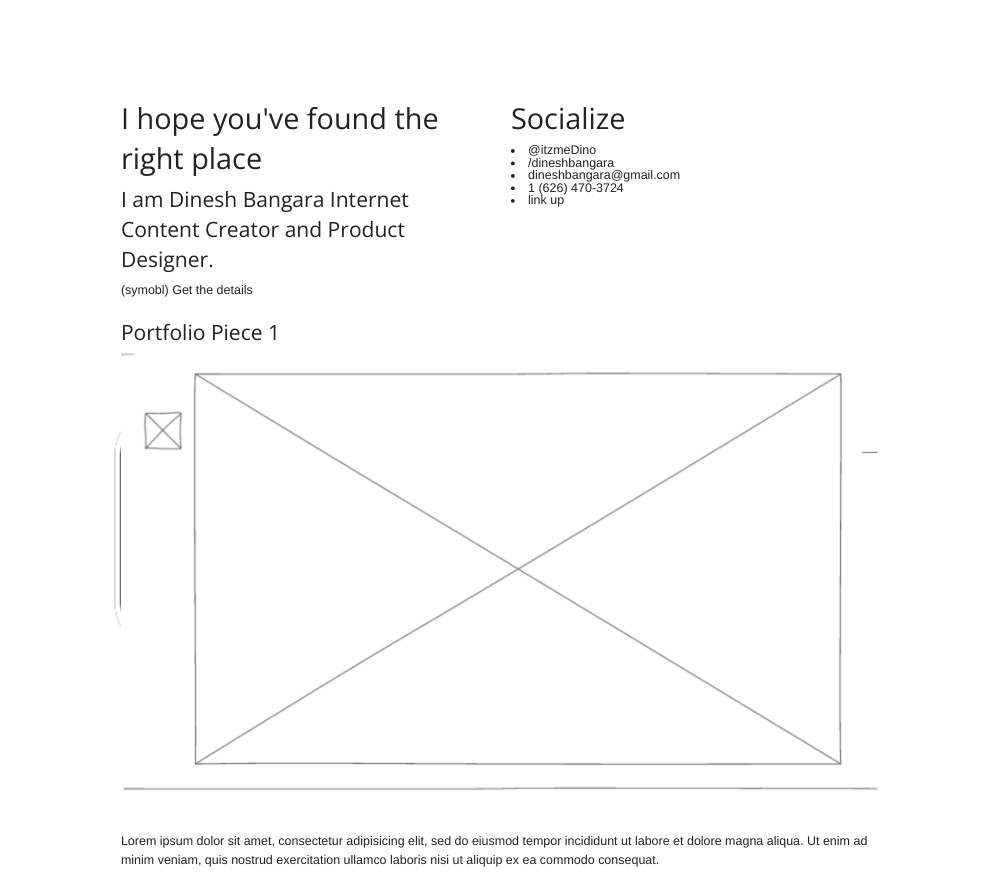
Repository: dineshb/HTML5_Portfolio
Page: Basic/index.html
The author's editor kept a copy of each file at every save. The page is drawn from the files as they stood at one save, then again after the next save.
The browser window is 1280 px wide. The pictures show the whole page, at 78% of full size.

Above is the page before, as saved 2013-11-22 05:02:43.
Console error (its wording comes from the project's code and is left out).

### Basic/index.html
<!DOCTYPE html>
<!--[if IE 8]> 				 <html class="no-js lt-ie9" lang="en" > <![endif]-->
<!--[if gt IE 8]><!--> <html class="no-js" lang="en" > <!--<![endif]-->
<link rel="shortcut icon" href="favicon.ico" type="image/x-icon" />
<head>
	<meta charset="utf-8">
  <meta name="viewport" content="width=device-width">
  <title>Dinesh Bangara - Content Producer and Designer</title>
  <link rel="stylesheet" href="css/foundation.css">
  <link rel="stylesheet" href="css/foundation.min.css">
  <link rel="stylesheet" href="css/main.css">
  <link rel="stylesheet" href="css/normalize.css">
  <script src="js/vendor/custom.modernizr.js"></script>
  <script src="/js/vendor/jquery.js"></script>
<script src="/js/foundation/foundation.min.js"></script>
<script>
  $(document).foundation();
</script>
</head>
<body>
<nav style="visibility: hidden;">
	<ul>
	<li>
		<a href="#about" id "about_icon" class>
		<span class="icon-about"></span></a>
	</li>
	<li><a href="#top" id "top_icon" class>
		<span class="icon-top"></span></a>
	</li>
	<li><a href="#up" id "up_icon" class>
		<span class="icon-up"></span></a>
	</li>
	<li><a href="#down" id "down_icon" class>
		<span class="icon-down"></span></a>
	</li>
	</ul>
</nav>
<div class="About Dropdown">
	<div class="row">
<div class="close-reveal-modal">
			<strong class="show-for-medium-up">
			<img class="logo" src="img/About192.png"/>
			</strong>
			<strong class="show-for-small-only">
			<img class="logo" src="img/About96.png"/>
			</strong>
			</div>

			<div class="large-6 columns">
			<h2>I hope you've found the right place</h2>
			<h3>I am Dinesh Bangara Internet Content Creator and Product Designer.</h3>
			<p>(symobl) Get the details</p>
		</div>
		<div class="large-6 columns">
			<h2>Socialize</h2>
			<li>@itzmeDino</li>
			<li>/dineshbangara</li>
			<li>dineshbangara@gmail.com</li>
			<li>1  (626) 470-3724</li>
			<li> link up</li>
			</div>
	</div>
</div>




	<div class="row">
		<div class="large-12 columns">
			<h3>Portfolio Piece 1</h3>
		</div>
	</div>
	<div class="row">
		<div class="large-12 columns">
			<img src="img/peace.png" title="Portfolio 1 Test">
			<p> Lorem ipsum dolor sit amet, consectetur adipisicing elit, sed do eiusmod tempor incididunt ut labore et dolore magna aliqua. Ut enim ad minim veniam, quis nostrud exercitation ullamco laboris nisi ut aliquip ex ea commodo consequat. </p>
		</div>
	</div>





  <script>
  document.write('<script src=' +
  ('__proto__' in {} ? 'js/vendor/zepto' : 'js/vendor/jquery') +
  '.js><\/script>')
  </script>

  <script src="js/foundation.min.js"></script>
  <!--

  <script src="js/foundation/foundation.js"></script>

  <script src="js/foundation/foundation.alerts.js"></script>

  <script src="js/foundation/foundation.clearing.js"></script>

  <script src="js/foundation/foundation.cookie.js"></script>

  <script src="js/foundation/foundation.dropdown.js"></script>

  <script src="js/foundation/foundation.forms.js"></script>

  <script src="js/foundation/foundation.joyride.js"></script>

  <script src="js/foundation/foundation.magellan.js"></script>

  <script src="js/foundation/foundation.orbit.js"></script>

  <script src="js/foundation/foundation.reveal.js"></script>

  <script src="js/foundation/foundation.section.js"></script>

  <script src="js/foundation/foundation.tooltips.js"></script>

  <script src="js/foundation/foundation.topbar.js"></script>

  <script src="js/foundation/foundation.interchange.js"></script>

  <script src="js/foundation/foundation.placeholder.js"></script>

  <script src="js/foundation/foundation.abide.js"></script>

  -->
  <script>
    $(document).foundation();
  </script>
</body>
</html>

### Basic/css/main.css
/*! HTML5 Boilerplate v4.3.0 | MIT License | http://h5bp.com/ */

/*
 * What follows is the result of much research on cross-browser styling.
 * Credit left inline and big thanks to Nicolas Gallagher, Jonathan Neal,
 * Kroc Camen, and the H5BP dev community and team.
 */

/* ==========================================================================
   Base styles: opinionated defaults
   ========================================================================== */

html,
button,
input,
select,
textarea {
    color: #222;
}

html {
    font-size: 1em;
    line-height: 1.4;
}

/*
 * Remove text-shadow in selection highlight: h5bp.com/i
 * These selection rule sets have to be separate.
 * Customize the background color to match your design.
 */

::-moz-selection {
    background: #b3d4fc;
    text-shadow: none;
}

::selection {
    background: #b3d4fc;
    text-shadow: none;
}

/*
 * A better looking default horizontal rule
 */

hr {
    display: block;
    height: 1px;
    border: 0;
    border-top: 1px solid #ccc;
    margin: 1em 0;
    padding: 0;
}

/*
 * Remove the gap between images, videos, audio and canvas and the bottom of
 * their containers: h5bp.com/i/440
 */

audio,
canvas,
img,
svg,
video {
    vertical-align: middle;
}

/*
 * Remove default fieldset styles.
 */

fieldset {
    border: 0;
    margin: 0;
    padding: 0;
}

/*
 * Allow only vertical resizing of textareas.
 */

textarea {
    resize: vertical;
}

/* ==========================================================================
   Browse Happy prompt
   ========================================================================== */

.browsehappy {
    margin: 0.2em 0;
    background: #ccc;
    color: #000;
    padding: 0.2em 0;
}

/* ==========================================================================
   Author's custom styles
   ========================================================================== */

img.logo {


  	width:25%;
	position: absolute;
	top: 50%;
	left: 50%;
	margin-left: -500px;
	margin-top: -50px;
}














/* ==========================================================================
   Helper classes
   ========================================================================== */

/*
 * Hide from both screenreaders and browsers: h5bp.com/u
 */

.hidden {
    display: none !important;
    visibility: hidden;
}

/*
 * Hide only visually, but have it available for screenreaders: h5bp.com/v
 */

.visuallyhidden {
    border: 0;
    clip: rect(0 0 0 0);
    height: 1px;
    margin: -1px;
    overflow: hidden;
    padding: 0;
    position: absolute;
    width: 1px;
}

/*
 * Extends the .visuallyhidden class to allow the element to be focusable
 * when navigated to via the keyboard: h5bp.com/p
 */

.visuallyhidden.focusable:active,
.visuallyhidden.focusable:focus {
    clip: auto;
    height: auto;
    margin: 0;
    overflow: visible;
    position: static;
    width: auto;
}

/*
 * Hide visually and from screenreaders, but maintain layout
 */

.invisible {
    visibility: hidden;
}

/*
 * Clearfix: contain floats
 *
 * For modern browsers
 * 1. The space content is one way to avoid an Opera bug when the
 *    `contenteditable` attribute is included anywhere else in the document.
 *    Otherwise it causes space to appear at the top and bottom of elements
 *    that receive the `clearfix` class.
 * 2. The use of `table` rather than `block` is only necessary if using
 *    `:before` to contain the top-margins of child elements.
 */

.clearfix:before,
.clearfix:after {
    content: " "; /* 1 */
    display: table; /* 2 */
}

.clearfix:after {
    clear: both;
}

/* ==========================================================================
   EXAMPLE Media Queries for Responsive Design.
   These examples override the primary ('mobile first') styles.
   Modify as content requires.
   ========================================================================== */

@media only screen and (min-width: 35em) {
    /* Style adjustments for viewports that meet the condition */
}

@media print,
       (-o-min-device-pixel-ratio: 5/4),
       (-webkit-min-device-pixel-ratio: 1.25),
       (min-resolution: 120dpi) {
    /* Style adjustments for high resolution devices */
}

/* ==========================================================================
   Print styles.
   Inlined to avoid required HTTP connection: h5bp.com/r
   ========================================================================== */

@media print {
    * {
        background: transparent !important;
        color: #000 !important; /* Black prints faster: h5bp.com/s */
        box-shadow: none !important;
        text-shadow: none !important;
    }

    a,
    a:visited {
        text-decoration: underline;
    }

    a[href]:after {
        content: " (" attr(href) ")";
    }

    abbr[title]:after {
        content: " (" attr(title) ")";
    }

    /*
     * Don't show links for images, or javascript/internal links
     */

    a[href^="javascript:"]:after,
    a[href^="#"]:after {
        content: "";
    }

    pre,
    blockquote {
        border: 1px solid #999;
        page-break-inside: avoid;
    }

    thead {
        display: table-header-group; /* h5bp.com/t */
    }

    tr,
    img {
        page-break-inside: avoid;
    }

    img {
        max-width: 100% !important;
    }

    @page {
        margin: 0.5cm;
    }

    p,
    h2,
    h3 {
        orphans: 3;
        widows: 3;
    }

    h2,
    h3 {
        page-break-after: avoid;
    }
}

Loaded but not shown: Basic/css/foundation.min.css (library); Basic/css/normalize.css (library); Basic/js/vendor/custom.modernizr.js (library); Basic/js/vendor/jquery.js (library); Basic/js/foundation.min.js (library); Basic/js/vendor/zepto.js (library); Basic/css/foundation.css (5317 lines, source omitted)

After the next save:
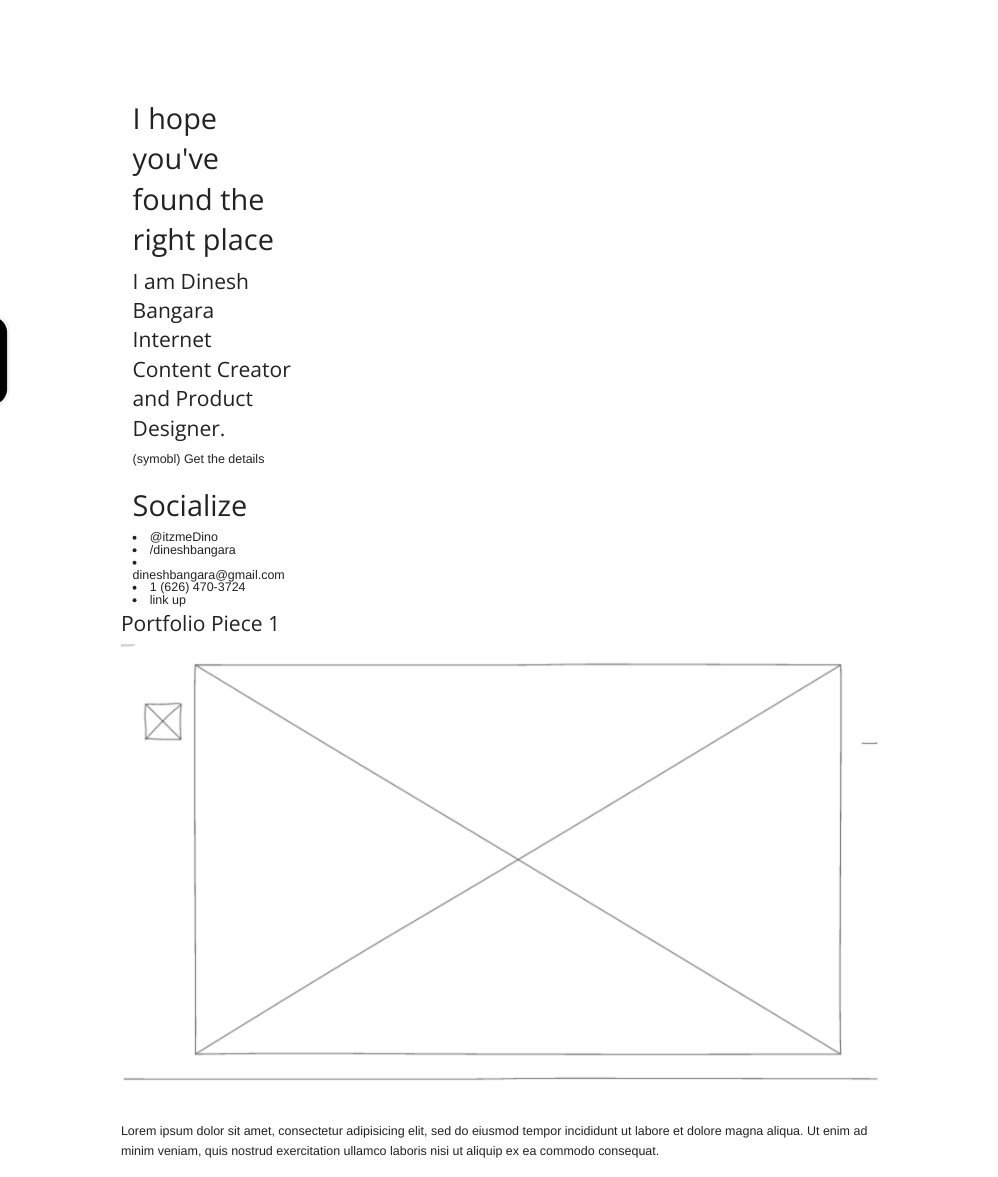
Saved 42 s later.
--- a/Basic/index.html
+++ b/Basic/index.html
@@ -37,6 +37,7 @@
 </nav>
 <div class="About Dropdown">
 	<div class="row">
+		<div class="large-6 columns">
 <div class="close-reveal-modal">
 			<strong class="show-for-medium-up">
 			<img class="logo" src="img/About192.png"/>
@@ -50,14 +51,13 @@
 			<h2>I hope you've found the right place</h2>
 			<h3>I am Dinesh Bangara Internet Content Creator and Product Designer.</h3>
 			<p>(symobl) Get the details</p>
-		</div>
-		<div class="large-6 columns">
 			<h2>Socialize</h2>
 			<li>@itzmeDino</li>
 			<li>/dineshbangara</li>
 			<li>dineshbangara@gmail.com</li>
 			<li>1  (626) 470-3724</li>
 			<li> link up</li>
+			</div>
 			</div>
 	</div>
 </div>
